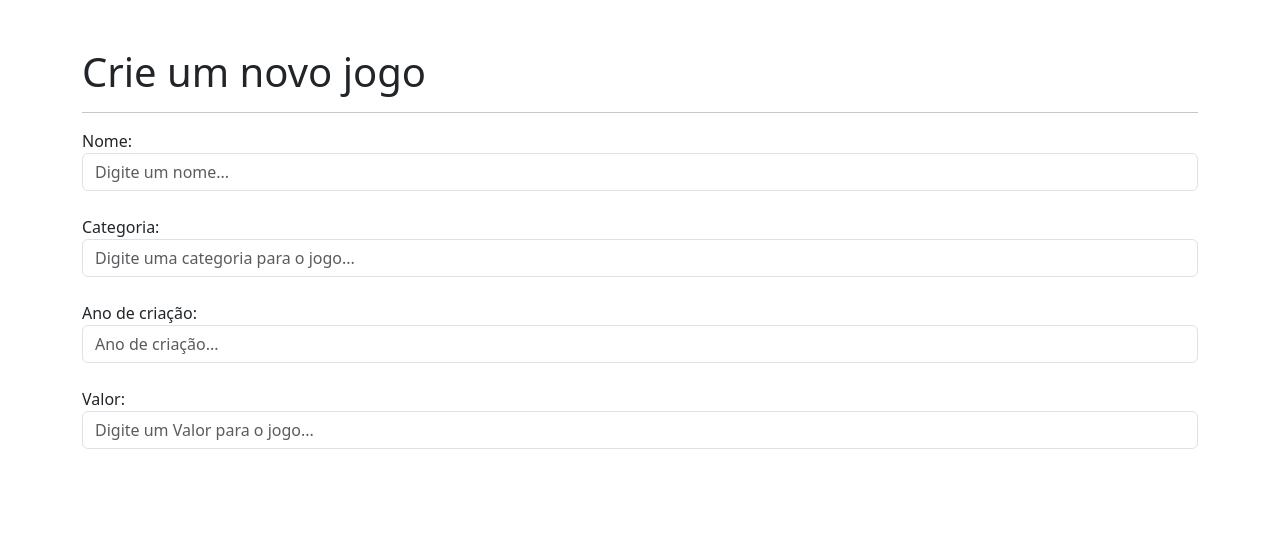
Repository: ytavares/game-registration
Page: http://localhost/jogos/create
An editor plug-in stored every save of this project. The page is shown before and after the next save, followed by the edit.
The browser window is 1280 px wide. The pictures show the whole page.
The page is served by the project's Laravel application, run on PHP 8.4 with Laravel 10.

Above is the page before, as saved 2023-09-16 00:11:52.

After the next save:
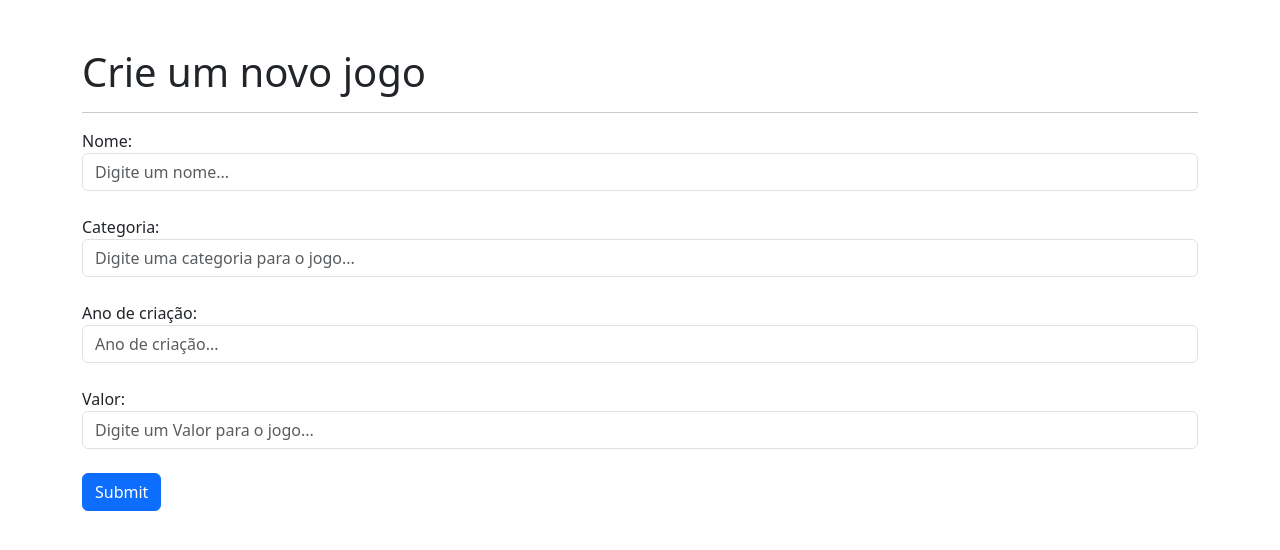
Saved 3 min 32 s later.
--- a/resources/views/jogos/create.blade.php
+++ b/resources/views/jogos/create.blade.php
@@ -26,6 +26,10 @@
                     <label for="Valor">Valor:</label>
                     <input type="number" name="Valor" class="form-control" placeholder="Digite um Valor para o jogo...">
                 </div>
+                <br>
+                <div class="form-group">
+                    <input type="submit" name="submit" class="btn btn-primary">
+                </div>
             </div>
         </form>
     </div>
